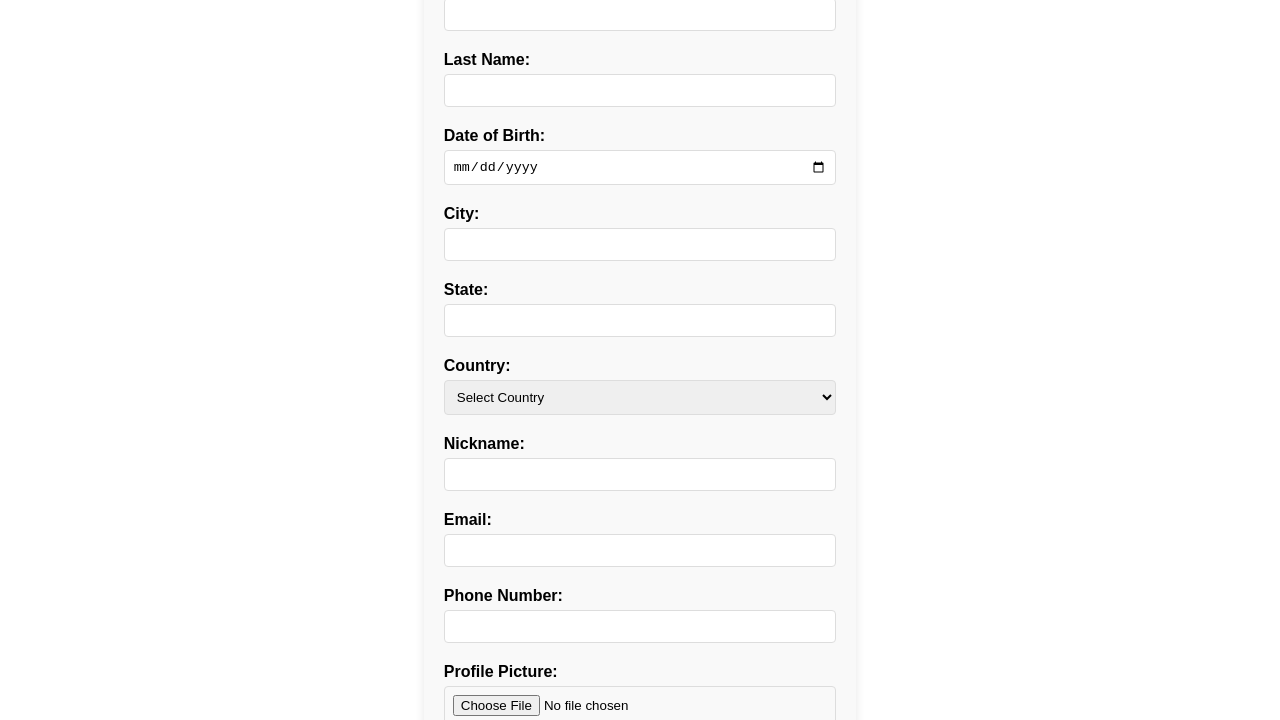
Repository: hamsaram14/dummy4
Page: /profile (app in frontend1/)
An editor plug-in stored every save of this project. The page is shown before and after the next save, followed by the edit.
The browser window is 1280 px wide. The pictures show the whole page.
The page's requests for data from a server got no answer. The project was rebuilt for these pictures with package versions that can differ from the ones it lists, and the page was loaded fresh each time. No one was signed in, and anything a server would have sent is missing. Also part of the build but not shown: frontend1/src/components/SignUpComponent.js, frontend1/src/components/LoginComponent.js.

Above is the page before, as saved 2024-10-11 17:38:47.

### frontend1/src/App.js
import React from 'react';
import { BrowserRouter as Router, Route, Routes } from 'react-router-dom';
import SignUpComponent from './components/SignUpComponent';
import LoginComponent from './components/LoginComponent';
import ProfilePage from './components/ProfilePage';

function App() {
    return (
        <Router>
            <Routes>
                <Route path="/profile" element={<ProfilePage />} />
            </Routes>
        </Router>
    );
}

export default App;

### frontend1/src/components/ProfilePage.js
import React, { useState, useEffect } from 'react';
import axios from 'axios';
import './ProfilePage.css';

function ProfilePage() {
    const [profile, setProfile] = useState({
        first_name: '',
        last_name: '',
        date_of_birth: '',
        city: '',
        state: '',
        country: '',
        nickname: '',
        email: '',
        phone_number: '',
        profile_picture: ''
    });
    const [countries, setCountries] = useState([]);
    const [message, setMessage] = useState('');
    const [profileImage, setProfileImage] = useState(null);

    // Fetch profile and countries data on component load
    useEffect(() => {
        axios.get('/api/customer/profile/')
            .then(response => setProfile(response.data))
            .catch(error => console.error('Error fetching profile:', error));

        axios.get('https://restcountries.com/v3.1/all')
            .then(response => setCountries(response.data.map(country => country.name.common)))
            .catch(error => console.error('Error fetching countries:', error));
    }, []);

    // Handle input change for form fields
    const handleChange = (e) => {
        setProfile({ ...profile, [e.target.name]: e.target.value });
    };

    // Handle profile picture upload separately
    const handleImageChange = (e) => {
        setProfileImage(e.target.files[0]);
    };

    // Submit profile updates
    const handleSubmit = async (e) => {
        e.preventDefault();

        // Create form data object for image upload
        const formData = new FormData();
        Object.keys(profile).forEach(key => formData.append(key, profile[key]));
        if (profileImage) {
            formData.append('profile_picture', profileImage);
        }

        try {
            const response = await axios.put('/api/customer/profile/', formData, {
                headers: { 'Content-Type': 'multipart/form-data' }
            });
            setMessage('Profile updated successfully!');
            setProfile(response.data);
        } catch (error) {
            console.error('Error updating profile:', error);
            setMessage('Error updating profile.');
        }
    };

    return (
        <div className="profile-page">
            <h2>Customer Profile</h2>
            {message && <p className="message">{message}</p>}
            <form onSubmit={handleSubmit}>
                <label>First Name:</label>
                <input
                    type="text"
                    name="first_name"
                    value={profile.first_name}
                    onChange={handleChange}
                />

                <label>Last Name:</label>
                <input
                    type="text"
                    name="last_name"
                    value={profile.last_name}
                    onChange={handleChange}
                />

                <label>Date of Birth:</label>
                <input
                    type="date"
                    name="date_of_birth"
                    value={profile.date_of_birth}
                    onChange={handleChange}
                />

                <label>City:</label>
                <input
                    type="text"
                    name="city"
                    value={profile.city}
                    onChange={handleChange}
                />

                <label>State:</label>
                <input
                    type="text"
                    name="state"
                    value={profile.state}
                    onChange={handleChange}
                />

                <label>Country:</label>
                <select name="country" value={profile.country} onChange={handleChange}>
                    <option value="">Select Country</option>
                    {countries.map(country => (
                        <option key={country} value={country}>{country}</option>
                    ))}
                </select>

                <label>Nickname:</label>
                <input
                    type="text"
                    name="nickname"
                    value={profile.nickname}
                    onChange={handleChange}
                />

                <label>Email:</label>
                <input
                    type="email"
                    name="email"
                    value={profile.email}
                    onChange={handleChange}
                />

                <label>Phone Number:</label>
                <input
                    type="text"
                    name="phone_number"
                    value={profile.phone_number}
                    onChange={handleChange}
                />

                <label>Profile Picture:</label>
                <input
                    type="file"
                    name="profile_picture"
                    onChange={handleImageChange}
                />

                <button type="submit">Update Profile</button>
            </form>
        </div>
    );
}

export default ProfilePage;

### frontend1/src/components/SignUpComponent.css
/* Ensure the entire HTML and body are taking up the full viewport height */
html, body {
    margin: 0;
    padding: 0;
    width: 100%;
    height: 100%;
    font-family: Arial, sans-serif;
    overflow: hidden; /* Prevents scrolling */
}

/* Full-page background styling */
.signup-container {
    display: flex;
    justify-content: center;
    align-items: center;
    height: 100vh; /* Set minimum height to 100vh */
    width: 100vw; /* Set width to cover full viewport */
    background-image: url('http://localhost:3000/mainpage1.jpg'); /* Ensure this path is correct */
    background-size: cover;
    background-position: center;
    background-repeat: no-repeat;
    position: fixed; /* Fixes background to full screen */
    top: 0;
    left: 0;
}

/* Sign-up box styling */
.signup-box {
    background-color: rgba(255, 255, 255, 0.9);
    padding: 2rem;
    border-radius: 8px;
    box-shadow: 0px 8px 16px rgba(0, 0, 0, 0.2);
    text-align: center;
    max-width: 400px;
    width: 100%;
}

.signup-box h2 {
    font-size: 1.8rem;
    margin-bottom: 1rem;
    color: #333;
}

.signup-box input {
    width: 100%;
    padding: 0.8rem;
    margin: 0.5rem 0;
    border: 1px solid #ddd;
    border-radius: 4px;
    font-size: 1rem;
}

.signup-box button {
    width: 100%;
    padding: 0.8rem;
    margin-top: 1rem;
    background-color: #0a66c2;
    border: none;
    color: white;
    font-size: 1rem;
    font-weight: bold;
    border-radius: 4px;
    cursor: pointer;
    transition: background 0.3s;
}

.signup-box button:hover {
    background-color: #084298;
}

.message {
    margin-top: 1rem;
    font-size: 0.9rem;
    color: #e74c3c;
}

.signup-box .login-prompt {
    margin-top: 1rem;
    font-size: 0.9rem;
    color: #333;
}

.signup-box .login-prompt a {
    color: #0a66c2;
    text-decoration: none;
    font-weight: bold;
}

.signup-box .login-prompt a:hover {
    text-decoration: underline;
}

### frontend1/src/components/LoginComponent.css
/* LoginComponent.css */

* {
    box-sizing: border-box;
    margin: 0;
    padding: 0;
}

html, body {
    height: 100%;
    display: flex;
    justify-content: center;
    align-items: center;
    font-family: Arial, sans-serif;
}

.container {
    display: flex;
    justify-content: flex-end;
    align-items: center;
    min-height: 100vh;
    width: 100vw;
    background-image: url('http://localhost:3000/mainpage1.jpg');
    background-size: cover;
    background-position: center;
    background-repeat: no-repeat;
}

.login-box {
    background-color: rgba(255, 255, 255, 0.9);
    padding: 2rem;
    border-radius: 8px;
    box-shadow: 0px 8px 16px rgba(0, 0, 0, 0.2);
    text-align: center;
    max-width: 400px;
    width: 100%;
    margin-right: 2rem;
}

.login-box h2 {
    font-size: 1.8rem;
    margin-bottom: 1rem;
    color: #333;
}

.login-box input {
    width: 100%;
    padding: 0.8rem;
    margin: 0.5rem 0;
    border: 1px solid #ddd;
    border-radius: 4px;
    font-size: 1rem;
}

.login-box button {
    width: 100%;
    padding: 0.8rem;
    margin-top: 1rem;
    background-color: #0a66c2;
    border: none;
    color: white;
    font-size: 1rem;
    font-weight: bold;
    border-radius: 4px;
    cursor: pointer;
    transition: background 0.3s;
}

.login-box button:hover {
    background-color: #084298;
}

.message {
    margin-top: 1rem;
    font-size: 0.9rem;
    color: #e74c3c;
}

.signup-prompt {
    margin-top: 1rem;
    font-size: 0.9rem;
}

.signup-prompt a {
    color: #0a66c2;
    text-decoration: none;
}

.signup-prompt a:hover {
    text-decoration: underline;
}

### frontend1/src/components/ProfilePage.css
.profile-page {
    width: 100%;
    max-width: 600px;
    margin: 0 auto;
    padding: 20px;
    background-color: #f9f9f9;
    border-radius: 8px;
    box-shadow: 0px 4px 10px rgba(0, 0, 0, 0.1);
}

.profile-page h2 {
    text-align: center;
    margin-bottom: 20px;
}

.profile-page label {
    display: block;
    margin-top: 10px;
    font-weight: bold;
}

.profile-page input, .profile-page select {
    width: 100%;
    padding: 8px;
    margin-top: 5px;
    margin-bottom: 10px;
    border: 1px solid #ddd;
    border-radius: 4px;
}

.profile-page button {
    width: 100%;
    padding: 10px;
    margin-top: 20px;
    background-color: #4CAF50;
    color: white;
    border: none;
    border-radius: 4px;
    font-size: 16px;
    cursor: pointer;
}

.profile-page .message {
    text-align: center;
    color: green;
    font-weight: bold;
}

.profile-container {
    max-height: 100vh; /* Ensures it doesn't exceed the viewport height */
    overflow-y: auto; /* Adds vertical scrolling */
    padding: 20px;
    background-color: #f9f9f9;
    border-radius: 8px;
    box-shadow: 0 4px 8px rgba(0, 0, 0, 0.1);
}

Loaded but not shown: frontend1/public/index.html (common file); frontend1/src/index.js (common file); frontend1/src/index.css (common file); frontend1/src/reportWebVitals.js (common file)

After the next save:
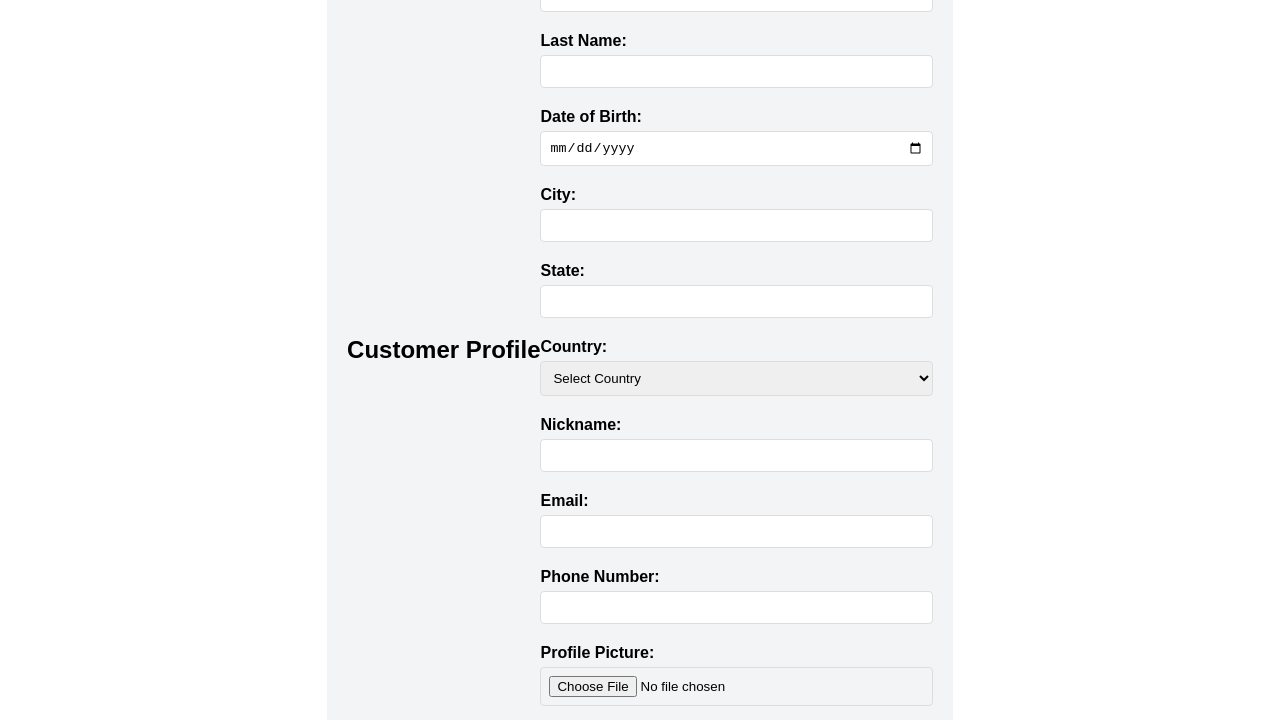
Saved 30 s later.
--- a/frontend1/src/components/ProfilePage.css
+++ b/frontend1/src/components/ProfilePage.css
@@ -1,12 +1,12 @@
 .profile-page {
-    width: 100%;
-    max-width: 600px;
-    margin: 0 auto;
+    display: flex;
+    justify-content: center;
+    align-items: center;
+    min-height: 100vh;
+    background-color: #f3f4f6;
     padding: 20px;
-    background-color: #f9f9f9;
-    border-radius: 8px;
-    box-shadow: 0px 4px 10px rgba(0, 0, 0, 0.1);
 }
+
 
 .profile-page h2 {
     text-align: center;
